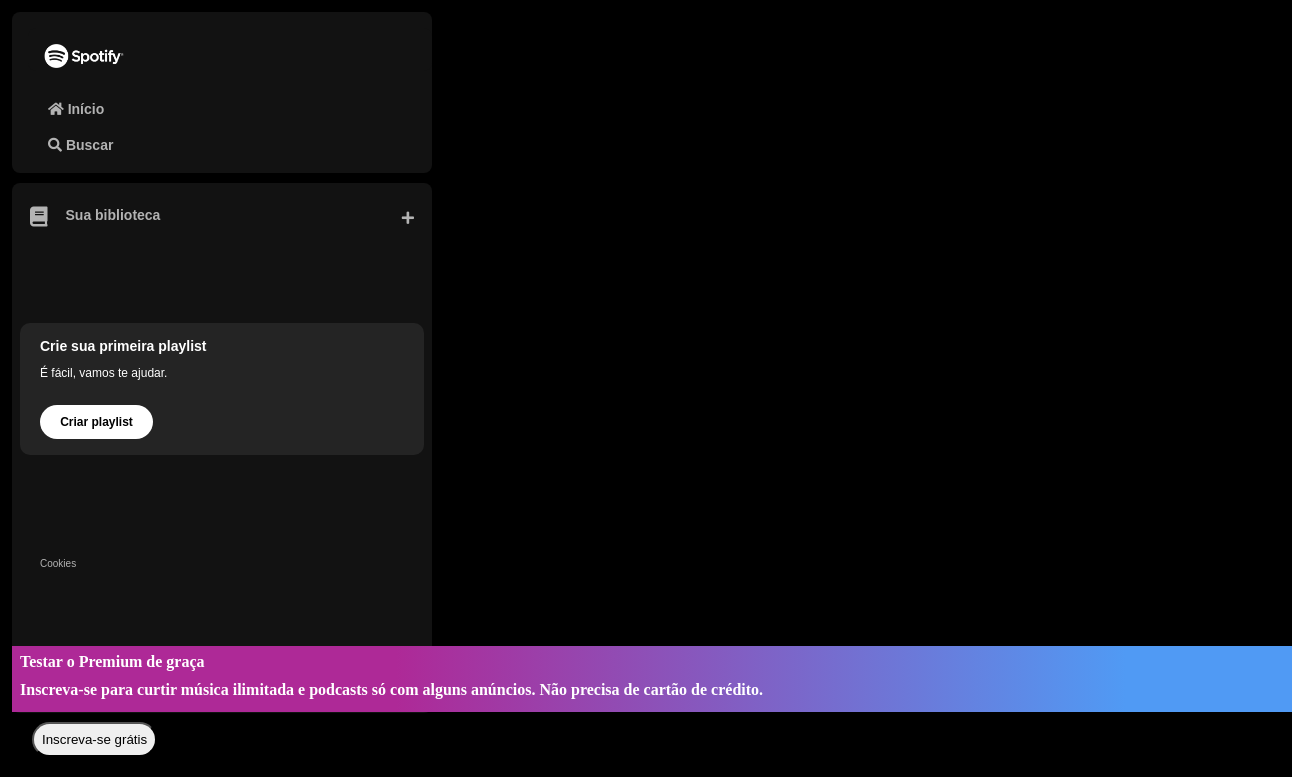
Repository: humbertobrasileiro/spotify
Page: index.html
The author's editor kept a copy of each file at every save. The page is drawn from the files as they stood at one save, then again after the next save.
The browser window is 1280 px wide. The page is 1292 px wide, so the pictures cover 1292 px, including what lies to the right of the window. The pictures show the whole page.

Above is the page before, as saved 2024-01-23 15:36:49.

### index.html
<!DOCTYPE html>
<html lang="pt-BR">

<head>
  <meta charset="UTF-8">
  <meta name="viewport" content="width=device-width, initial-scale=1.0">
  <title>Spotify - Imersão</title>
  <link rel="stylesheet" href="reset.css">
  <link rel="stylesheet" href="styles.css">
  <link rel="stylesheet" href="https://use.fontawesome.com/releases/v5.15.4/css/solid.css" integrity="sha384-Tv5i09RULyHKMwX0E8wJUqSOaXlyu3SQxORObAI08iUwIalMmN5L6AvlPX2LMoSE" crossorigin="anonymous" />
  <link rel="stylesheet" href="https://use.fontawesome.com/releases/v5.15.4/css/fontawesome.css" integrity="sha384-jLKHWM3JRmfMU0A5x5AkjWkw/EYfGUAGagvnfryNV3F9VqM98XiIH7VBGVoxVSc7" crossorigin="anonymous" />
</head>

<body>
  <div class="sidebar">
    <nav class="sidebar__navigation">
      <div class="logo">
        <a href="">
          <img src="./assets/icons/logo-spotify.png" alt="logo do spotify">
        </a>
      </div>
      <ul>
        <li>
          <a href="">
            <span class="fa fa-home"></span>
            <span>Início</span>
          </a>
        </li>
        <li>
          <a href="">
            <span class="fa fa-search"></span>
            <span>Buscar</span>
          </a>
        </li>
      </ul>
    </nav>

    <div class="library">
      <div class="library__content">
        <button class="library__button">
          <span class="fa fa-book"></span>
          <span>Sua biblioteca</span>
        </button>
        <span class="fa fa-plus"></span>
      </div>

      <section class="section-playlist">
        <div class="section-playlist__content">
          <span class="text title">Crie sua primeira playlist</span>
          <span class="text subtitle">É fácil, vamos te ajudar.</span>
          <button class="section-playlist__button">
            <span>Criar playlist</span>
          </button>
        </div>
      </section>

        <!-- <div class="podcast">
          <span>Que tal seguir um podcast novo?</span>
          <h4>Avisaremos você sobre novos episódios.</h4>
          <button>Explore podcasts</button>
        </div> -->

      <div class="cookies">
        <a href="#">Cookies</a>
      </div>

      <div class="languages">
        <button class="languages__button">
          <span class="fa fa-globe"></span>
          <span>Português do Brasil</span>
        </button>
      </div>
    </div>

  </div>
  <footer>
    <div class="footer-text">
      <p class="text">Testar o Premium de graça</p>
      <p class="text">Inscreva-se para curtir música ilimitada e podcasts só com alguns anúncios. Não precisa de cartão de crédito.</p>
    </div>
    <button class="footer-button">
      <span>Inscreva-se grátis</span>
    </button>
  </footer>
</body>

</html>

### reset.css
/* http://meyerweb.com/eric/tools/css/reset/
   v2.0 | 20110126
   License: none (public domain)
*/

html, body, div, span, applet, object, iframe,
h1, h2, h3, h4, h5, h6, p, blockquote, pre,
a, abbr, acronym, address, big, cite, code,
del, dfn, em, img, ins, kbd, q, s, samp,
small, strike, strong, sub, sup, tt, var,
b, u, i, center,
dl, dt, dd, ol, ul, li,
fieldset, form, label, legend,
table, caption, tbody, tfoot, thead, tr, th, td,
article, aside, canvas, details, embed,
figure, figcaption, footer, header, hgroup,
menu, nav, output, ruby, section, summary,
time, mark, audio, video {
  margin: 0;
  padding: 0;
  border: 0;
  font-size: 100%;
  font: inherit;
  vertical-align: baseline;
}

/* HTML5 display-role reset for older browsers */
article, aside, details, figcaption, figure,
footer, header, hgroup, menu, nav, section {
  display: block;
}

body {
  line-height: 1;
}

ol, ul {
  list-style: none;
}

blockquote, q {
  quotes: none;
}

blockquote:before, blockquote:after,
q:before, q:after {
  content: '';
  content: none;
}

table {
  border-collapse: collapse;
  border-spacing: 0;
}

### styles.css
body {
  background: #000;
}

.sidebar {
  position: fixed;
  top: 0;
  left: 0;
  bottom: 0;
  padding: 12px;
  width: 420px;
}

.sidebar__navigation {
  background-color: #121212;
  border-radius: 8px;
  padding: 16px 0 0 16px;
  color: #b3b3b3;
  font-family: "DM Sans", sans-serif;
}

.sidebar__navigation .logo {
  background: #121212;
  display: flex;
  border-radius: 8px;
  padding: 16px 0 0 16px;
}

.sidebar__navigation .logo img {
  width: 80px;
}

.sidebar nav ul {
  margin-top: 20px;
  padding: 0 20px 10px 20px;
}

.sidebar ul li {
  padding: 10px 0;
}

.sidebar nav ul li a {
  color: #b3b3b3;
  text-decoration: none;
  font-weight: 600;
  font-size: 14px;
  font-family: "DM Sans", sans-serif;
  min-height: 100%;
}

.library {
  background-color: #121212;
  border-radius: 8px;
  display: flex;
  justify-content: space-between;
  flex-direction: column;
  padding: 4px 8px;
  color: #b3b3b3;
  font-weight: 600;
  font-size: 14px;
  font-family: CircularSp, CircularSp-Arab, CircularSp-Hebr, CircularSp-Cyrl, CircularSp-Grek, CircularSp-Deva, var(--fallback-fonts, sans-serif), sans-serif;
  margin-top: 10px;
  min-height: 75%;
}

.library .library__content {
  display: flex;
  justify-content: space-between;
}

.library .library__button {
  display: flex;
  margin-right: 10px;
  color: #b3b3b3;
  background-color: transparent;
  border: 0px;
  font-size: 14px;
  font-weight: 700;
  font-family: "DM Sans", sans-serif;
  text-align: center;
  text-decoration: none;
  text-transform: none;
  padding: 20px 10px;
}

.library .library__button .fa {
  font-size: 20px;
  margin-right: 10px;
  font-weight: 300;
  padding-right: 8px;
}

.library .library__content .fa-plus {
  margin: 24px 10px;
}

.section-playlist {
  display: flex;
  align-items: flex-start;
  justify-content: space-between;
  gap: 20px;
  background-color: #242424;
  color: #fff;
  font-weight: 600;
  font-size: 14px;
  margin: 8px 0px;
  padding: 16px 20px;
  border-radius: 10px;
}

.section-playlist .section-playlist__content {
  display: flex;
  flex-direction: column;
}

.section-playlist__content .text {
  padding-bottom: 14px;
  color: #fff;
  font-family: "DM Sans", sans-serif;
}

.section-playlist__content .title {
  font-weight: 700;
}

.section-playlist__content .subtitle {
  font-weight: 500;
  font-size: 12px;
}

.section-playlist__content .section-playlist__button {
  display: flex;
  justify-content: center;
  background-color: #fff;
  color: #000;
  border-radius: 20px;
  font-size: 12px;
  font-weight: 700;
  font-family: "DM Sans", sans-serif;
  text-decoration: none;
  text-transform: none;
  padding: 10px;
  margin-top: 12px;
  border: 0px;
  width: 113px;
}

.podcast {
  margin: 10px 10px 0 0;
  background-color: #242424;
  padding: 16px 0 16px 16px;
  border-radius: 8px;
  color: #fff;
  overflow-y: auto;
}

.sidebar .cookies {
  margin: 25px 20px;
}

.sidebar .cookies a {
  color: #b3b3b3;
  font-weight: 500;
  font-size: 10px;
  text-decoration: none;
}

.sidebar .cookies a:hover {
  text-decoration: underline;
}

.languages .languages__button {
  align-items: center;
  background-color: transparent;
  border: 1px solid #878787;
  color: #fff;
  font-weight: bold;
  cursor: pointer;
  width: 170px;
  margin: 8px;
  padding: 8px;
  border-radius: 20px;
}

footer {
  display: block;
  flex-direction: row;
  gap: 24px;
  position: absolute;
  margin: 12px 8px 8px 12px;
  bottom: 0px;
  background: rgb(174, 41, 151);
  background: linear-gradient(90deg, rgba(174, 41, 151, 1) 30%, rgba(80, 154, 244, 1) 87%);
  color: #fff;
  width: 100%;
  height: 66px;
}

.footer-text {
  display: flex;
  flex-direction: column;
  justify-content: space-between;
}

footer .text {
  font-weight: 700;
  padding: 8px 20px 4px 8px;
}

footer .footer-button {
  margin: 20px;
  padding: 8px;
  border-radius: 20px;
}

After the next save:
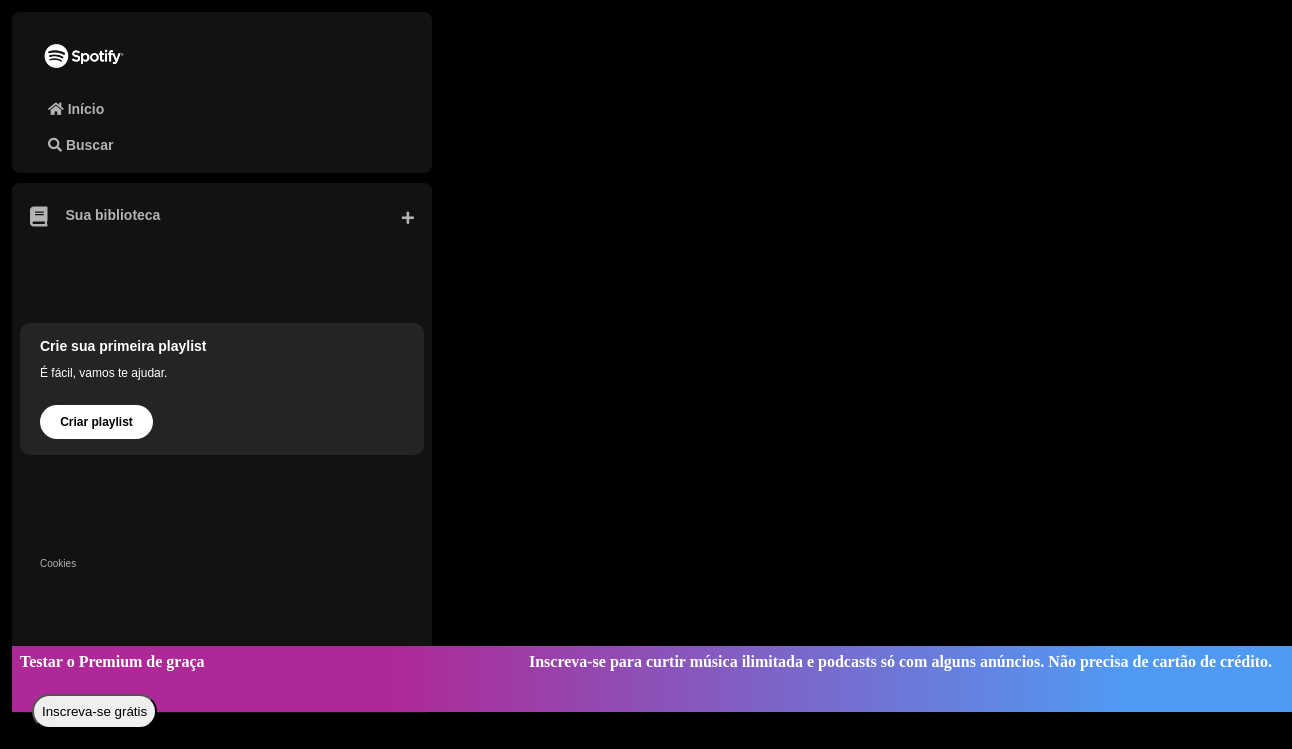
Saved 45 s later.
--- a/styles.css
+++ b/styles.css
@@ -184,8 +184,6 @@
 
 footer {
   display: block;
-  flex-direction: row;
-  gap: 24px;
   position: absolute;
   margin: 12px 8px 8px 12px;
   bottom: 0px;
@@ -200,6 +198,8 @@
   display: flex;
   flex-direction: column;
   justify-content: space-between;
+  flex-direction: row;
+  gap: 24px;
 }
 
 footer .text {
